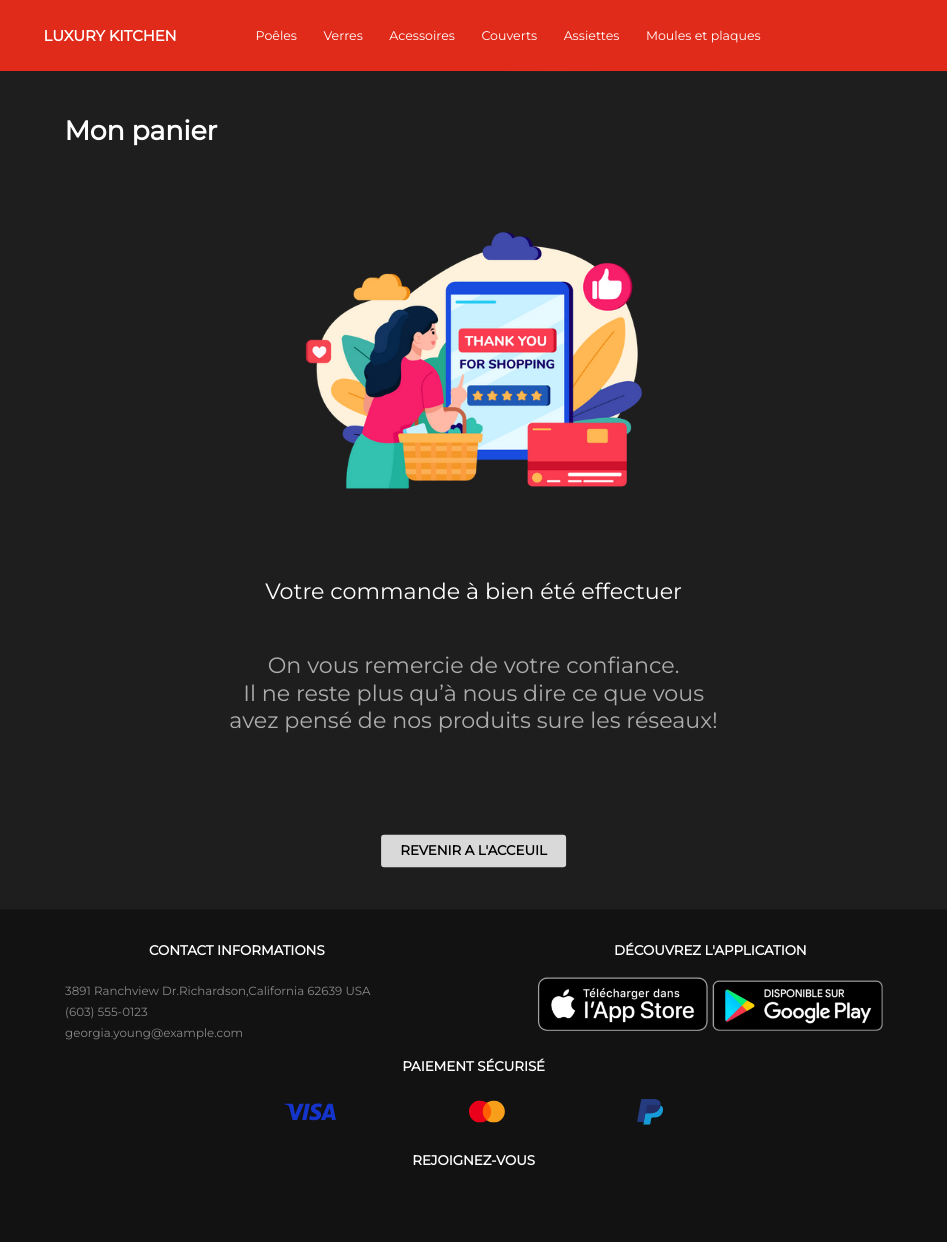
Repository: Juannpl/Luxury-Kicthen
Page: html/validation.html
The author's editor kept a copy of each file at every save. The page is drawn from the files as they stood at one save, then again after the next save.
The browser window is 1280 px wide. The pictures show the whole page, at 74% of full size.
Some icons come from a web library that is not loaded, so they are not drawn.

Above is the page before, as saved 2023-02-17 09:55:48.

After the next save:
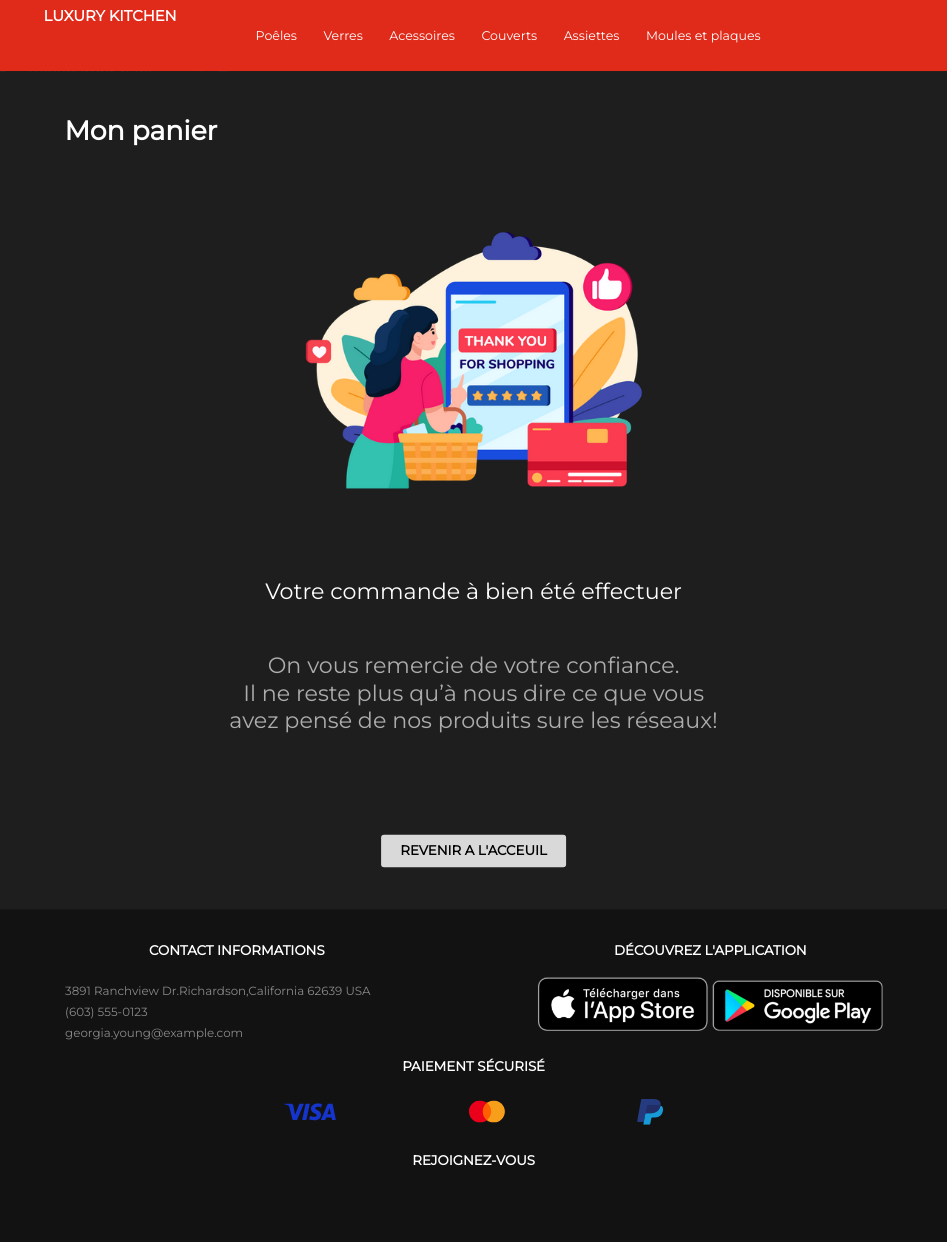
Saved 23 s later.
--- a/html/validation.html
+++ b/html/validation.html
@@ -16,9 +16,11 @@
 
 <body>
     <header class="header">
+        <!-- DEBUT DE NAV DESKTOP -->
         <nav class="nav_container row">
             <div class="logo">
                 <p>LUXURY KITCHEN</p>
+                <box-icon name='chevron-left' type='solid' color='#ffffff' size="lg"></box-icon>
             </div>
             <div class="barre_categorie">
                 <ul class="row">
@@ -46,6 +48,8 @@
                 </ul>
             </div>
         </nav>
+        <!-- FIN DE NAV DESKTOP -->
+        <!-- COMMENCEMENT DE LA BARRE DE NAVIGATION MOBILE -->
         <div id="transparent"></div>
         <section id="barre_categorie_mobile">
             <div id="closeBtn">
@@ -100,7 +104,7 @@
                 </div>
             </div>
         </section>
-        <!-- FIN DDE LA BARRE DE NAVIGATION MOBILE-->
+        <!-- FIN DE LA BARRE DE NAVIGATION MOBILE -->
     </header>
     <main id="juan">
         <div id="barre_categorie_mobile">
